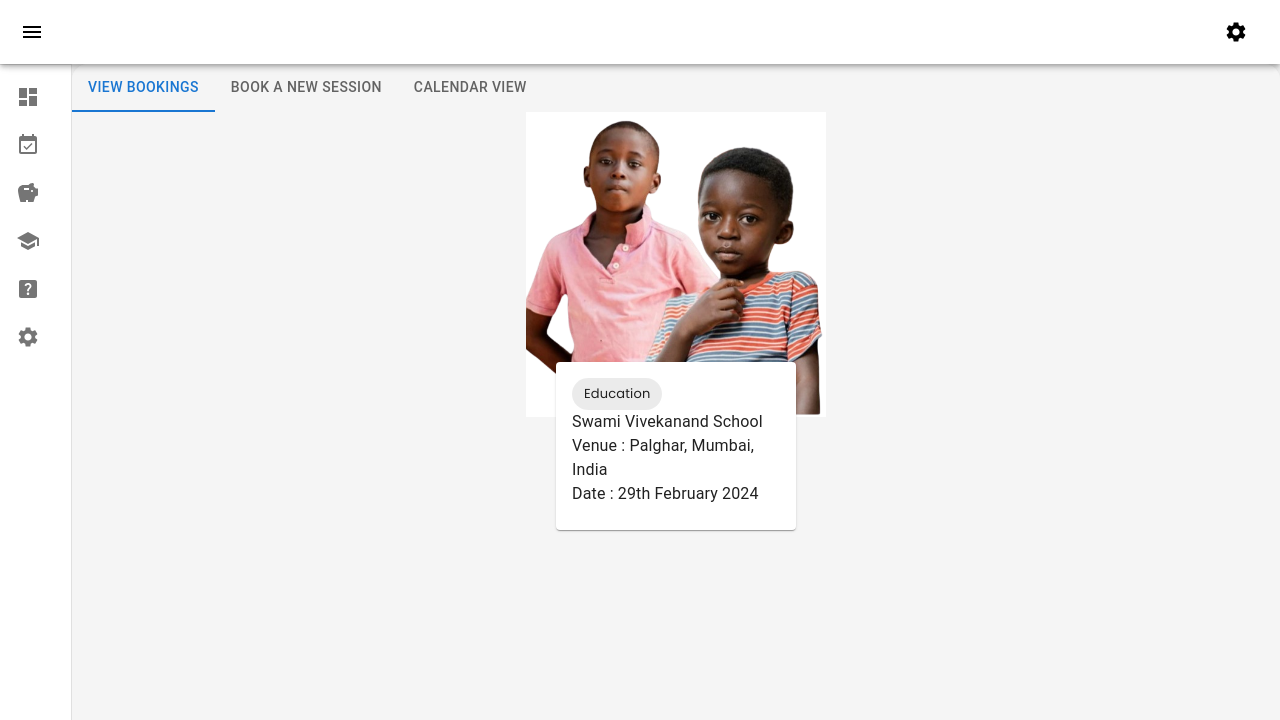
Repository: shubhampirate/Google_Solutions_Edural
Page: /bookings
An editor plug-in stored every save of this project. The page is shown before and after the next save, followed by the edit.
The browser window is 1280 px wide. The pictures show the whole page.
An inner scrolling area shows only its first screen. The project was rebuilt for these pictures with package versions that can differ from the ones it lists, and the page was loaded fresh each time. Some packages were replaced by stand-ins written for this rebuild. Also part of the build but not shown: src/Components/Navbar.jsx, src/Components/Footer.jsx, src/Components/CongratsCard.jsx, src/pages/Hero/Hero.jsx, src/pages/Dashboard/Dashboard.jsx, src/pages/Sign_in.jsx, src/pages/Bookings/LicenseCard.jsx.

Above is the page before, as saved 2024-02-04 17:56:27.

After the next save:
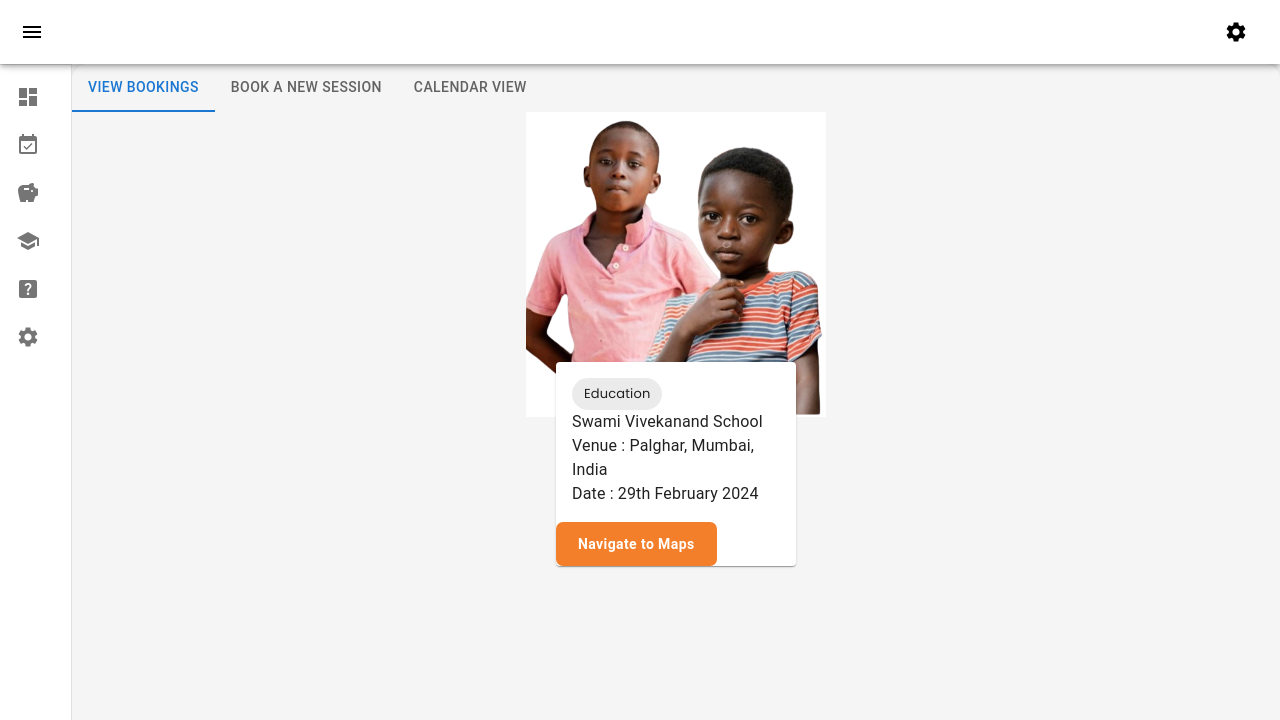
Saved 25 s later.
--- a/src/pages/Bookings/bookings.jsx
+++ b/src/pages/Bookings/bookings.jsx
@@ -117,7 +117,7 @@ export default function Booking() {
                  backgroundColor: (theme) => theme.palette.background.paper,
                  opacity: 1,
 
-                //  minHeight:, // Adjust as needed
+                //  minHeight:  , // Adjust as needed
                  overflow: 'auto',
                }}
              >
@@ -132,6 +132,12 @@ export default function Booking() {
          Date : 29th February 2024
         </Typography>
                </CardContent>
+               <CustomButton
+              backgroundColor="#F47F2A"
+              color="#fff"
+              buttonText="Navigate to Maps"
+              heroBtn={true}
+            />
              </Card>
            </Box>
     //    <Box position="relative" maxWidth="300px" margin="auto" marginBottom="2rem">
@@ -222,12 +228,12 @@ export default function Booking() {
         // </Typography>
 //       </CardContent>
 //       <CardActions>
-//       <CustomButton
-//               backgroundColor="#F47F2A"
-//               color="#fff"
-//               buttonText="Navigate to Maps"
-//               heroBtn={true}
-//             />
+      // <CustomButton
+      //         backgroundColor="#F47F2A"
+      //         color="#fff"
+      //         buttonText="Navigate to Maps"
+      //         heroBtn={true}
+      //       />
 //         {/* <Button variant="solid">Purchase Now</Button> */}
 //       </CardActions>
 //     </Card>
